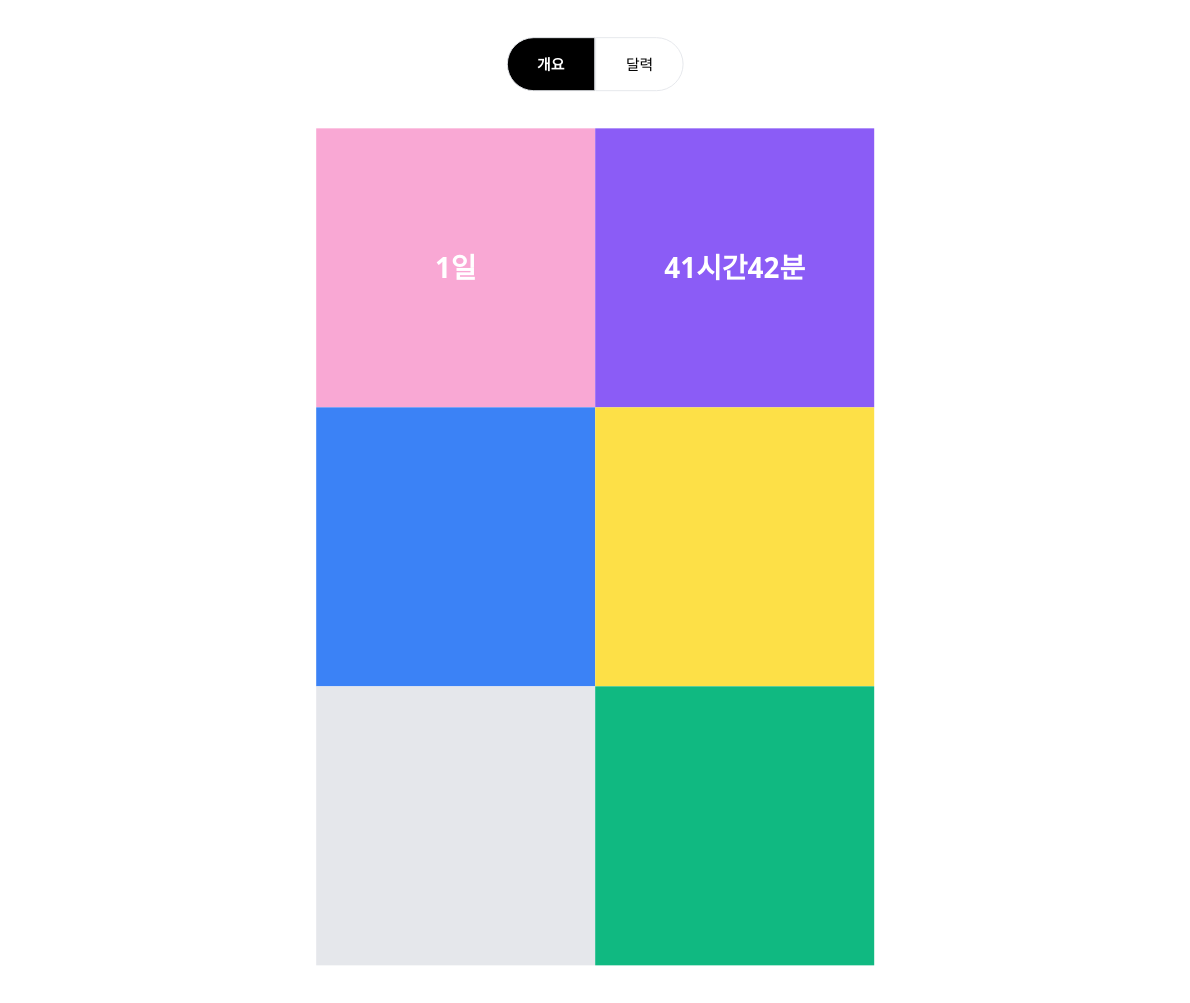
Repository: honey-punch/my-alcohol
Page: /
The author's editor kept a copy of each file at every save. The page is drawn from the files as they stood at one save, then again after the next save.
The browser window is 1280 px wide. The pictures show the whole page, at 93% of full size.
The project was rebuilt for these pictures with package versions that can differ from the ones it lists, and the page was loaded fresh each time. The framework's server and built-in components were replaced by stand-ins that run in the browser. Also part of the build but not shown: next.config.ts, src/app/_component/Calendar.tsx.

Above is the page before, as saved 2025-02-10 15:51:47.

### src/app/page.tsx
"use client";

import { useState } from "react";
import Summary from "./_component/Summary";
import Calendar from "./_component/Calendar";

type ViewType = "summary" | "calendar";

export default function Home() {
  // useState
  const [viewType, setViewType] = useState<ViewType>("summary");

  // functions
  function handleChangeViewType() {
    if (viewType === "summary") {
      setViewType("calendar");
    } else {
      setViewType("summary");
    }
  }

  return (
    <div className="w-full flex flex-col items-center p-10 gap-10">
      <div onClick={handleChangeViewType} className="flex">
        <button
          className={`${
            viewType === "summary"
              ? "bg-black text-white font-black"
              : "hover:bg-black/20"
          } rounded-s-full border px-8 py-4 transition-colors`}
        >
          개요
        </button>
        <button
          className={`${
            viewType === "calendar"
              ? "bg-black text-white font-black"
              : "hover:bg-black/20"
          } rounded-e-full border px-8 py-4 transition-colors`}
        >
          달력
        </button>
      </div>
      {viewType === "summary" ? <Summary /> : <Calendar />}
    </div>
  );
}

### src/app/_component/Summary.tsx
const BOX_SIZE = 300;

export default function Summary() {
  const today = new Date();

  // TODO - DB에서 받아온 술마신 날들 중 가장 마지막 날
  const lastDay = new Date("2025-02-08T22:00:00");

  function getDayDiff() {
    const diffMs = Math.abs(today.getTime() - lastDay.getTime());
    const days = Math.floor(diffMs / (1000 * 60 * 60 * 24));

    return days;
  }

  function getTimeDiff() {
    const diffMs = Math.abs(today.getTime() - lastDay.getTime());
    const hour = Math.floor(diffMs / (1000 * 60 * 60));
    const min = Math.floor((diffMs % (1000 * 60 * 60)) / (1000 * 60));
    return { hour, min };
  }

  console.log(getTimeDiff());
  console.log(getDayDiff());

  return (
    <div className="grid grid-cols-2">
      <div
        style={{ width: `${BOX_SIZE}px`, height: BOX_SIZE }}
        className="bg-pink-300 text-white flex justify-center items-center text-3xl font-bold"
      >
        <span className="">{getDayDiff()}</span>
        <span>일</span>
      </div>
      <div
        style={{ width: `${BOX_SIZE}px`, height: BOX_SIZE }}
        className="bg-violet-500 text-white flex justify-center items-center text-3xl font-bold"
      >
        <span>{getTimeDiff().hour}</span>
        <span>시간</span>
        <span>{getTimeDiff().min}</span>
        <span>분</span>
      </div>
      <div
        style={{ width: `${BOX_SIZE}px`, height: BOX_SIZE }}
        className="bg-blue-500 text-white flex justify-center items-center text-3xl font-bold"
      ></div>
      <div
        style={{ width: `${BOX_SIZE}px`, height: BOX_SIZE }}
        className="bg-yellow-300 text-white flex justify-center items-center text-3xl font-bold"
      ></div>
      <div
        style={{ width: `${BOX_SIZE}px`, height: BOX_SIZE }}
        className="bg-gray-200 text-white flex justify-center items-center text-3xl font-bold"
      ></div>
      <div
        style={{ width: `${BOX_SIZE}px`, height: BOX_SIZE }}
        className="bg-emerald-500 text-white flex justify-center items-center text-3xl font-bold"
      ></div>
    </div>
  );
}

Loaded but not shown: src/app/layout.tsx (common file); src/app/globals.css (common file); tailwind.config.ts (common file)

After the next save:
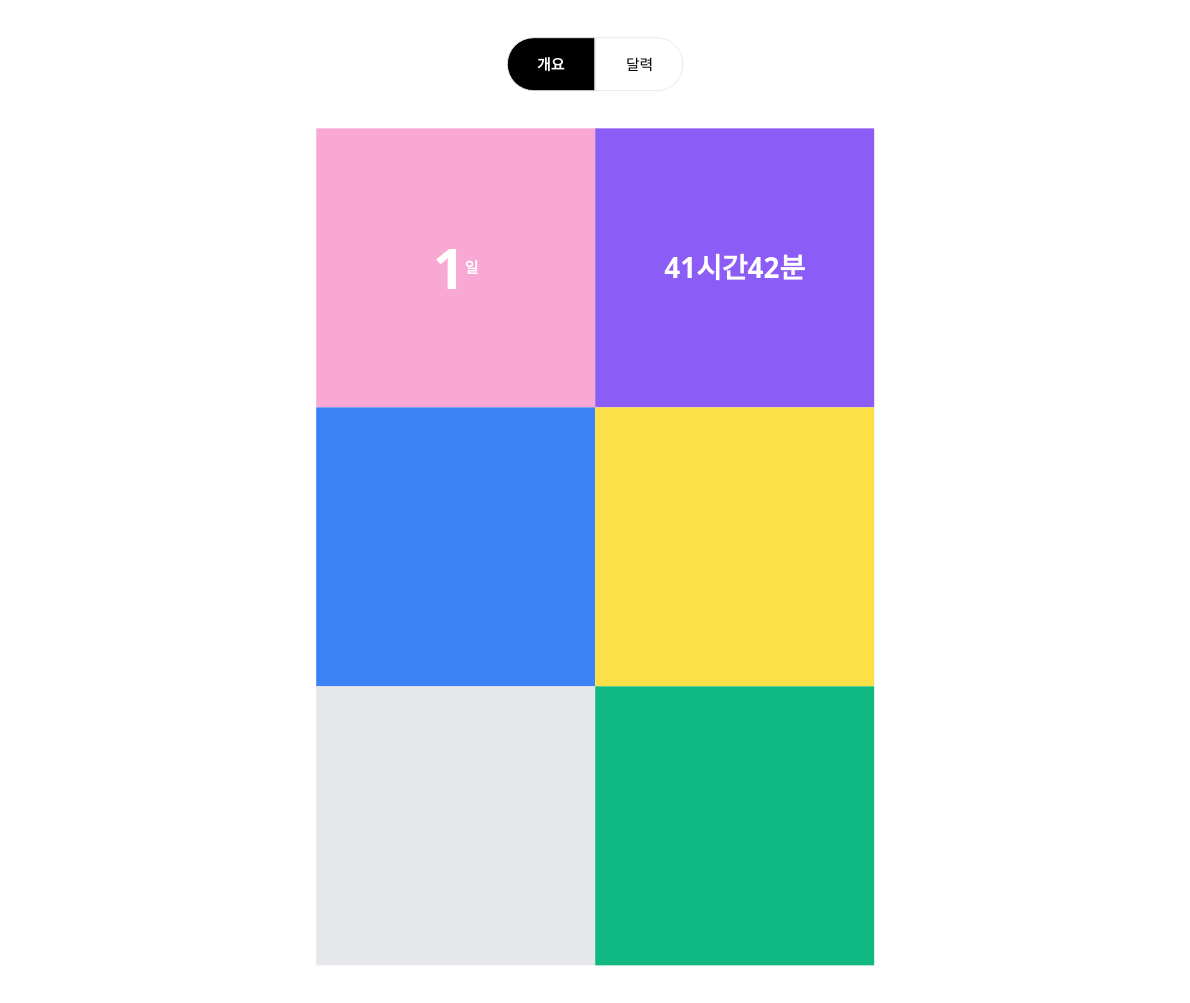
Saved 18 s later.
--- a/src/app/_component/Summary.tsx
+++ b/src/app/_component/Summary.tsx
@@ -27,9 +27,9 @@ export default function Summary() {
     <div className="grid grid-cols-2">
       <div
         style={{ width: `${BOX_SIZE}px`, height: BOX_SIZE }}
-        className="bg-pink-300 text-white flex justify-center items-center text-3xl font-bold"
+        className="bg-pink-300 text-white flex justify-center items-center  font-bold"
       >
-        <span className="">{getDayDiff()}</span>
+        <span className="text-6xl">{getDayDiff()}</span>
         <span>일</span>
       </div>
       <div
